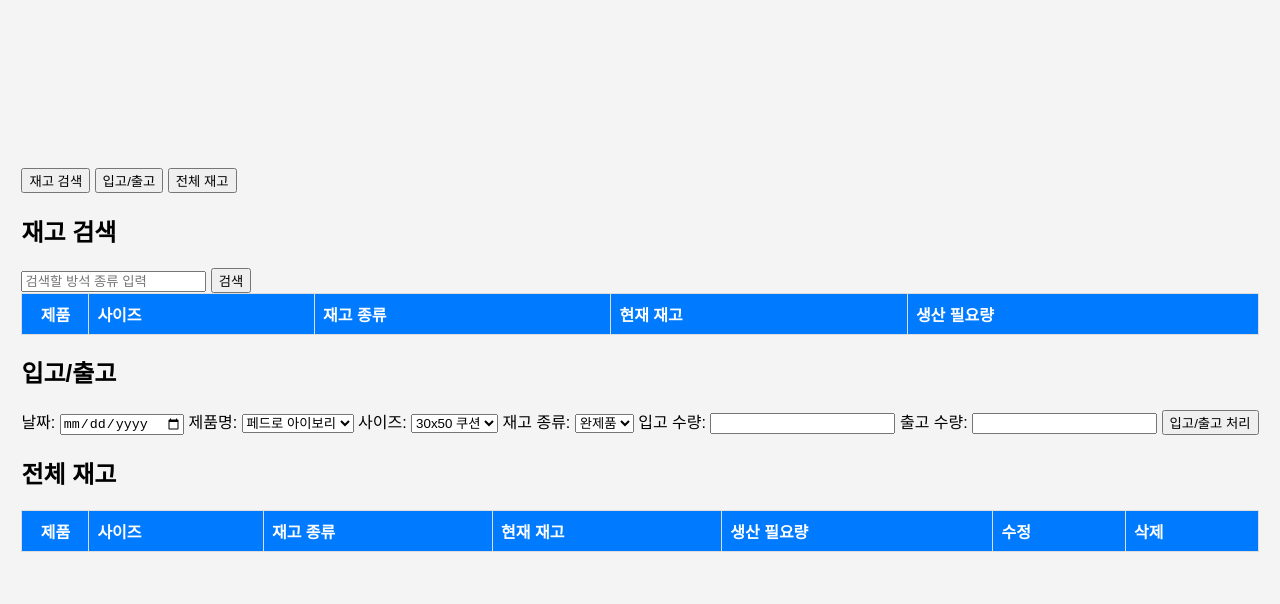
Repository: bluefoginthecup/inventory
Page: public/index.html
An editor plug-in stored every save of this project. The page is shown before and after the next save, followed by the edit.
The browser window is 1280 px wide. The pictures show the whole page.

Above is the page before, as saved 2025-01-05 15:46:28.
Console error: TypeError: Cannot read properties of null (reading 'addEventListener')

After the next save:
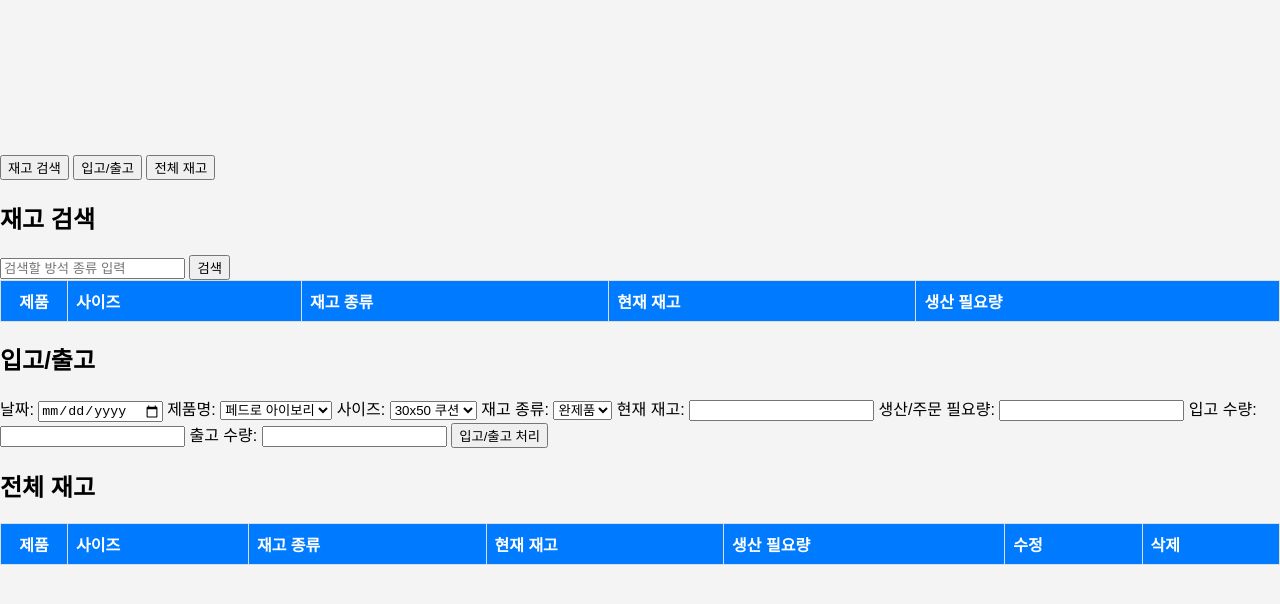
Saved 8 min 42 s later.
--- a/public/index.html
+++ b/public/index.html
@@ -66,6 +66,13 @@
                     <!-- 추가 재고 종류 옵션 -->
                 </select>
 
+
+                <label for="stockAmount">현재 재고:</label>
+                <input type="number" id="stockAmount" name="stockAmount" required>
+
+                <label for="neededAmount">생산/주문 필요량:</label>
+                <input type="number" id="neededAmount" name="neededAmount" required>
+
                 <label for="incomingAmount">입고 수량:</label>
                 <input type="number" id="incomingAmount" name="incomingAmount" required>
 
